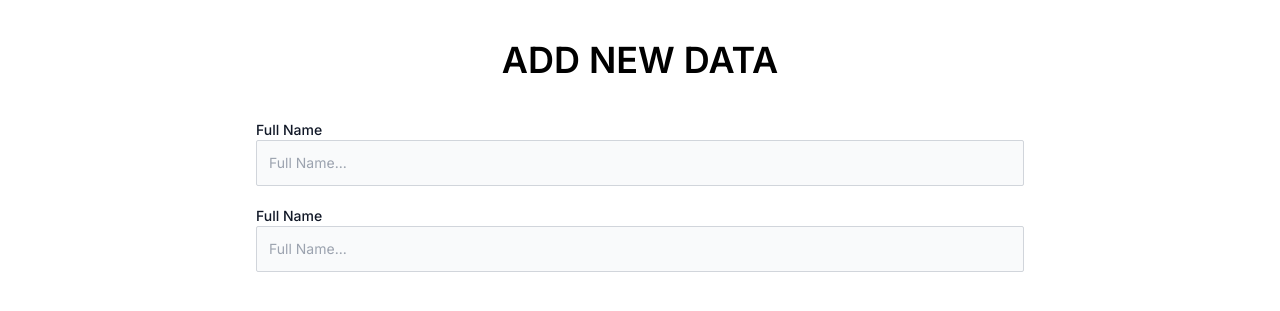
Repository: KilluaProject/crud-nextjs14
Page: /contacts/create
These files come from the project's save history. The page is drawn as it stood at one moment and after the next save; the edit follows.
The browser window is 1280 px wide. The pictures show the whole page.
The project was rebuilt for these pictures with package versions that can differ from the ones it lists, and the page was loaded fresh each time. The framework's server and built-in components were replaced by stand-ins that run in the browser. Also part of the build but not shown: next.config.mjs.

Above is the page before, as saved 2024-06-30 14:13:21.

### app/layout.tsx
import type { Metadata } from "next";
import { Inter } from "next/font/google";
import "./globals.css";

const inter = Inter({ subsets: ["latin"] });

export const metadata: Metadata = {
  title: "CRUD Apps",
  description: "Generated by create next app",
};

export default function RootLayout({
  children,
}: Readonly<{
  children: React.ReactNode;
}>) {
  return (
    <html lang="en">
      <body className={inter.className}>{children}</body>
    </html>
  );
}

### app/contacts/create/page.tsx
import CreateForm from '@/components/CreateForm'
import React from 'react'

const CreateContact = () => {
  return (
    <div className='max-w-screen-md m-auto my-10 flex flex-col gap-10 '>
      <h1 className='text-4xl text-center uppercase font-semibold'>
        Add New Data
      </h1>
        <CreateForm/>
    </div>
  )
}

export default CreateContact

### components/CreateForm.tsx
import React from 'react'

const CreateForm = () => {
  return (
    <div>
      <form className='flex flex-col gap-5' action="">
        <div>
          <label htmlFor="name" className='block text-sm font-medium text-gray-900'>Full Name</label>
          <input type="text" name='name' id='name' placeholder='Full Name...' className='bg-gray-50 border border-gray-300 text-gray-900 text-sm rounded-sm focus:ring-blue-500 focus:border-blue-500 block w-full p-3' />
        </div>

        <div>
          <label htmlFor="name" className='block text-sm font-medium text-gray-900'>Full Name</label>
          <input type="text" name='name' id='name' placeholder='Full Name...' className='bg-gray-50 border border-gray-300 text-gray-900 text-sm rounded-sm focus:ring-blue-500 focus:border-blue-500 block w-full p-3' />
        </div>
      </form>
    </div>
  )
}

export default CreateForm

Loaded but not shown: app/globals.css (common file); tailwind.config.ts (common file)

After the next save:
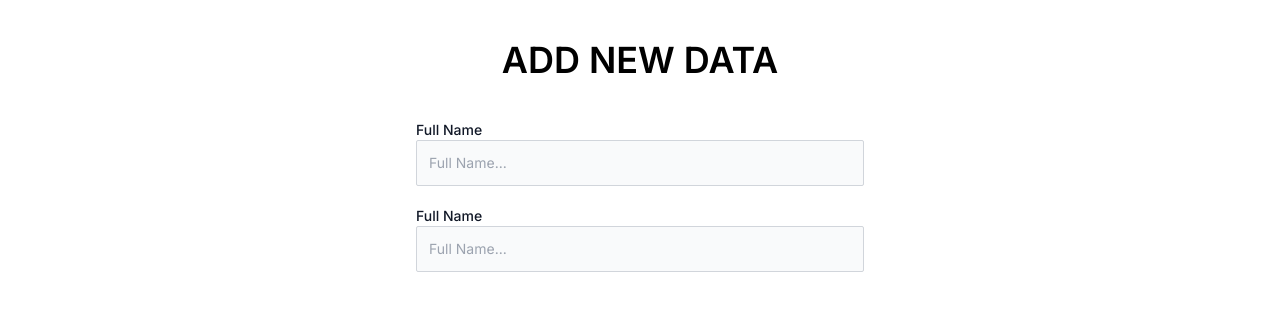
Saved 4 s later.
--- a/app/contacts/create/page.tsx
+++ b/app/contacts/create/page.tsx
@@ -3,7 +3,7 @@ import React from 'react'
 
 const CreateContact = () => {
   return (
-    <div className='max-w-screen-md m-auto my-10 flex flex-col gap-10 '>
+    <div className='max-w-md m-auto my-10 flex flex-col gap-10 '>
       <h1 className='text-4xl text-center uppercase font-semibold'>
         Add New Data
       </h1>
